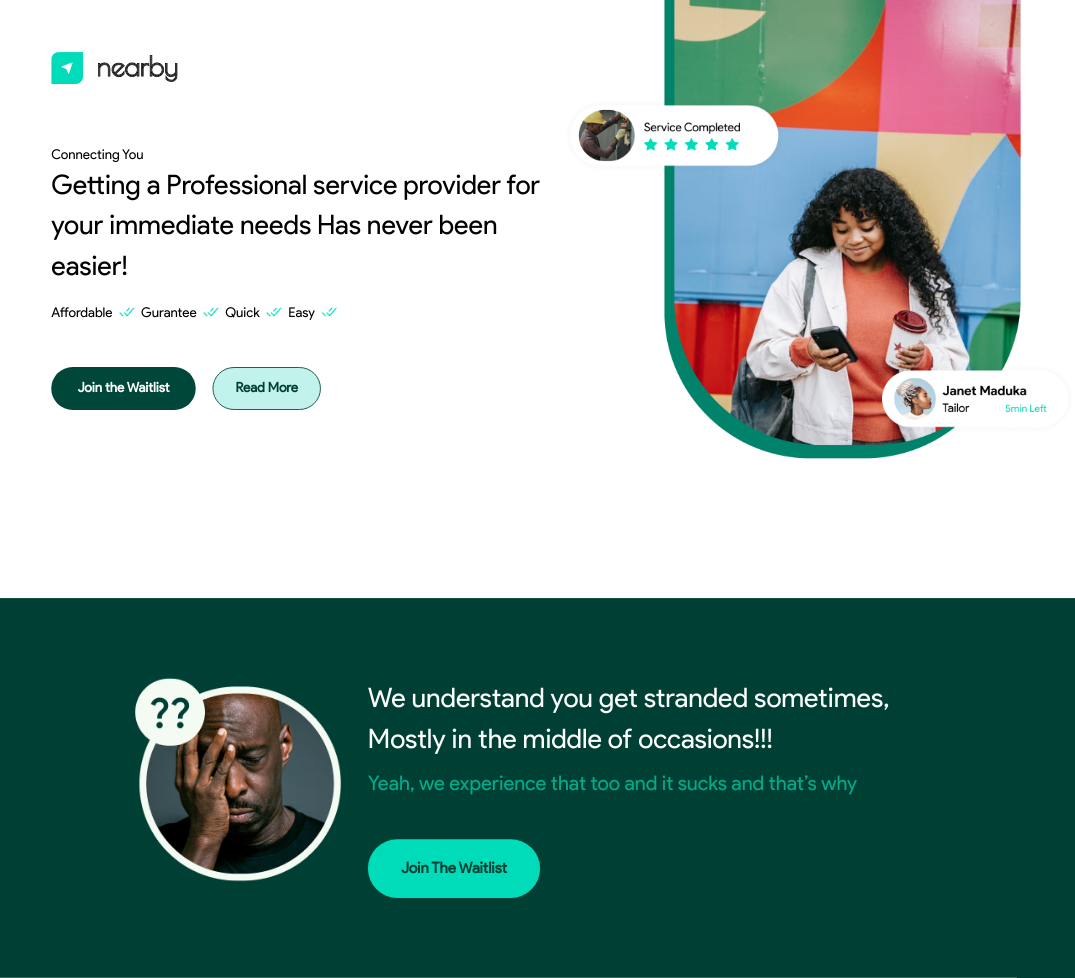
Repository: Eugene44-hub/Mearby
Page: /
An editor plug-in stored every save of this project. The page is shown before and after the next save, followed by the edit.
The browser window is 1280 px wide. The pictures show the whole page, at 84% of full size.
The project was rebuilt for these pictures with package versions that can differ from the ones it lists, and the page was loaded fresh each time.

Above is the page before, as saved 2022-04-30 07:41:03.

### src/App.tsx
import React from 'react';
import Hero from './components/hero/Hero';
import Nav from './components/nav/Nav';
import LandingPage from './pages/landing/LandingPage';

function App() {
  return (
   <>
<Nav/>
<LandingPage/>
</>

);
}

export default App;

### src/components/nav/Nav.tsx
import React from 'react';
import send from '../../assets/images/send.svg';
import nearby from '../../assets/images/nearby logo.svg';
import styles from "./Nav.module.css"
const Nav = () => {
	return (
		<nav className={`md:h-auto h-[96.57px] ${styles.nav} flex`}>
			<header className="m-auto block md:hidden">
				<div className="flex justify-center">
					<img
						src={send}
						className="bg-[#00DCBA] mr-[16.79px] p-3 rounded-tl-[8.91471px] rounded-br-[8.91471px]"
						alt="send"
					/>
					<img src={nearby} alt="send" />
				</div>
			</header>
		</nav>
	);
};

export default Nav;

### src/pages/landing/LandingPage.tsx
import React from 'react'
import Hero from '../../components/hero/Hero';
import Understand from '../../components/understand/Understand';
const LandingPage = () => {
  return (
    <>

    <Hero/>
    <Understand/>
    </>
  )
}

export default LandingPage

### src/components/nav/Nav.module.css
@media screen and (max-width:768px) {
    .nav{
/* display: none; */
/* bg-[#014034] */
background-color:#014034;
}
}

### src/components/hero/Hero.tsx
import React from 'react';
import styles from './Hero.module.css';
import checked from '../../assets/images/checked.png';
import heroImg from '../../assets/images/heroImg.png';
import send from '../../assets/images/send.svg';
import nearby from '../../assets/images/nearbyDark.svg';

const Hero = () => {
	const minorText: string[] = [ 'affordable', 'gurantee', 'quick', 'easy' ];
	return (
		<section className="container md:pl-[61px]">
			<div className={`${styles.container} md:flex justify-between`}>
				<div className={`${styles.heroContainer} mb-[3rem] flex flex-wrap md:w-[50%]`}>
					<div className="md:flex w-[20%] hidden mt-[62px] items-center">
						<img
							src={send}
							className="bg-[#00DCBA] w-[100%] mr-[16.79px] p-3 rounded-tl-[8.91471px] rounded-br-[8.91471px]"
							alt="send"
						/>
						<img src={nearby} alt="send" />
					</div>

					<div className="m-auto">
						<h2 className={` ${styles.connectHead} flex items-end md:h-[95.5px]`}>Connecting You</h2>
						<p className={`text-[2rem] ${styles.connectText}`}>
							Getting a Professional service provider for your immediate needs Has never been easier!
						</p>
					</div>

					<ul className={`${styles.connectList} mt-5 flex justify-between `}>
						{minorText.map((item, index) => (
							<li key={index} className="flex items-center capitalize mr-2">
								{item} <img src={checked} className="w-[18px] ml-2" alt="checked" />
							</li>
						))}
					</ul>

					<div className="w-[100%] md:pt-[53px] md:px-0 p-5">
						<button className="bg-[#004639] font-bold w-[172px] h-[51px] text-white mr-5 rounded-[50px]">
							Join the Waitlist
						</button>
						<button className="bg-[#C1F2EB] font-bold w-[129px] h-[51px] rounded-[50px] text-[#004034] border border-[#004034] capitalize">
							read more
						</button>
					</div>
				</div>
				<div className="md:w-[50%]">
					<img src={heroImg} className={styles.heroImg} alt="" />
				</div>
			</div>
		</section>
	);
};

export default Hero;
// wKcVoY0oBaK0dDUj5
// yX2Q8nskPsN4AjVkAPMBM

### src/components/understand/Understand.tsx
import React from 'react'
import understand from "../../assets/images/understand.png"
import WaitLight from "../../components/Buttons/WaitLight"
const Understand = () => {
  return (
    <div className='bg-[#004034] mt-[9.75rem]'>
 <div className='container  md:px-0 px-5 pt-[9.75rem] md:py-[5.938rem] md:pl-[61px] md:pr-[27px] md:flex justify-center  relative mt-[20rem]'>

<img src={understand} className=" absolute block md:hidden translate-x-[-50%] left-[50%] top-[-20%]" alt="understand" />
<div className='md:block hidden mr-[2rem]'>
<img src={understand} className=" w-[100%]"alt="understand" />

</div>

<div className='md:w-[60%] md:mx-0 mx-auto '>
<div>
<p className='text-[2rem] text-white'>
We understand you get stranded sometimes, Mostly in the middle of occasions!!!
</p>
<p className='mt-3 text-[1.5rem] text-[#01AB8B] '>
Yeah, we experience that too and it sucks and that’s why  </p>
</div>

<div className='pt-[3rem]'>
<WaitLight/>
</div>

</div>



  </div>
    </div>

  )
}

export default Understand

### src/components/hero/Hero.module.css
.container{
height: 812px;
background-image: url(../../assets/images/mobileHero.png);
background-repeat: no-repeat;
background-position: center;
background-size: 133% 100%;
}


.heroImg{
    display: none;
    width: 100%;
}
.heroContainer{
    /* background-color: black; */
    color: white;

}
.connectHead,.connectText,.connectList{
    padding: 20px;

}
@media screen and (min-width:600px) {
    .container{
    background-image:none;
    height: auto;
}
.connectHead{
    background-color: none;
}
.heroImg{
    display: block;
}
.connectHead{
    background-color: none;
}
.heroContainer{
    /* background-color: black; */
    color: black ;
}

}

@media screen and (min-width:768px) {
    .connectHead,.connectText,.connectList{
        padding: 0px;
    }

}


@media screen and (max-width:600px){
.connectHead{
    background-color: #004034;
}

}
/* .minorTxt{
} */
/* linear-gradient(rgba(0, 64, 52, 1), rgba(0, 57, 64, 0)) */
/* linear-gradient(rgba(0, 64, 52, 1),rgba(0, 64, 52, 1)) */

### src/components/Buttons/WaitLight.tsx
import React from 'react'
import styles from "./Button.module.css"

const Wait = () => {
  return (
    <button className={`${styles.light} capitalize`}>Join the waitlist</button>

  )
}

export default Wait

### src/components/Buttons/Button.module.css
    .light {
        background-color: #00DCBA;
        color: #004034;
        width: 205px;
        font-size: 1.125rem;
    }

    .dark {
        background-color: #004639;
        color: #004034;
        font-size: "1rem";
        width: 192px;
    }

    .light,
    .dark {
        height: 70px;
        border-radius: 50px;
        font-weight: bold;
    }

Loaded but not shown: public/index.html (common file); src/index.tsx (common file); src/index.css (common file); tailwind.config.js (common file)

After the next save:
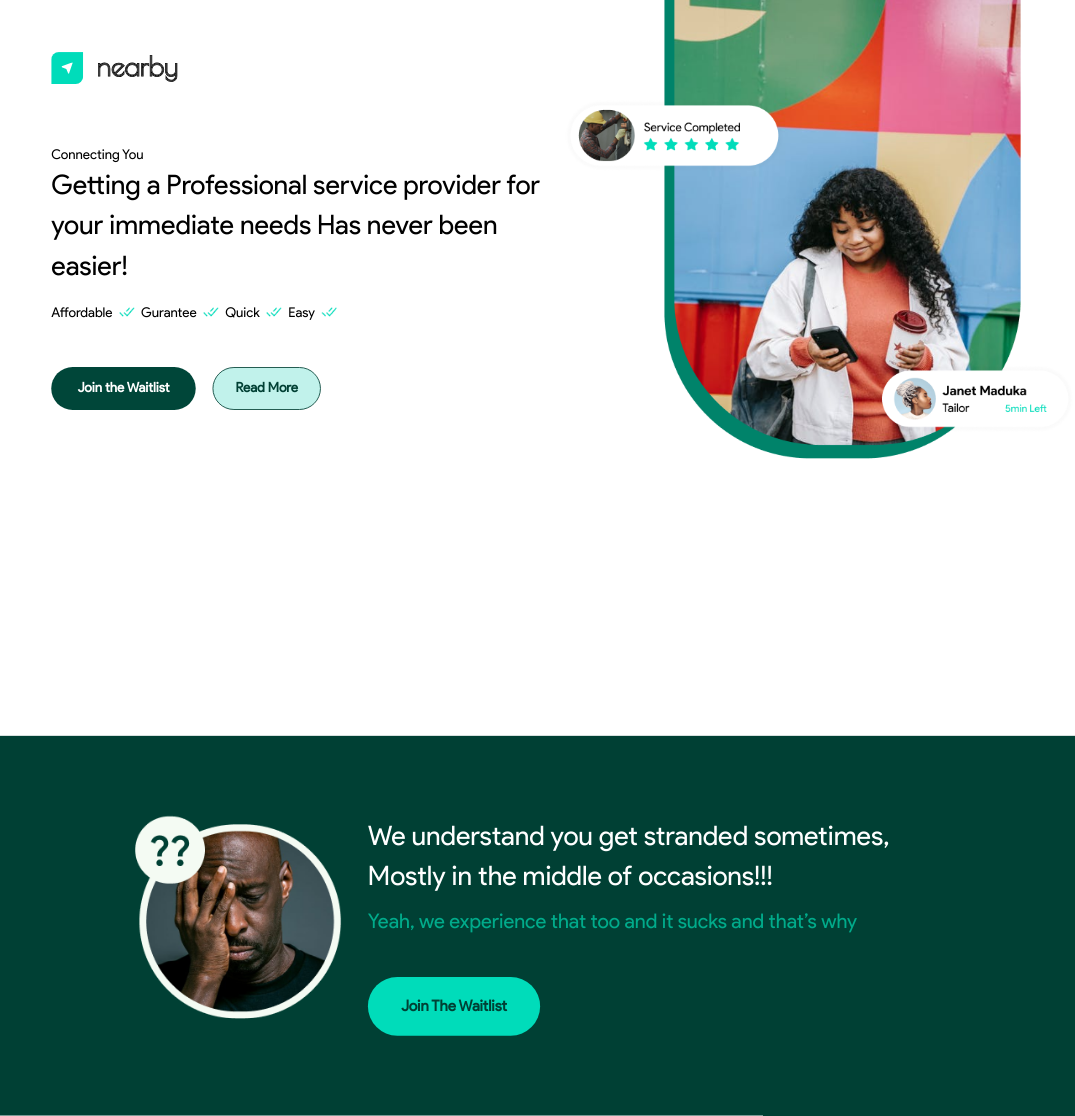
Saved 46 s later.
--- a/src/components/understand/Understand.tsx
+++ b/src/components/understand/Understand.tsx
@@ -3,7 +3,7 @@ import understand from "../../assets/images/understand.png"
 import WaitLight from "../../components/Buttons/WaitLight"
 const Understand = () => {
   return (
-    <div className='bg-[#004034] mt-[9.75rem]'>
+    <div className='bg-[#004034] mt-[20rem]'>
  <div className='container  md:px-0 px-5 pt-[9.75rem] md:py-[5.938rem] md:pl-[61px] md:pr-[27px] md:flex justify-center  relative mt-[20rem]'>
 
 <img src={understand} className=" absolute block md:hidden translate-x-[-50%] left-[50%] top-[-20%]" alt="understand" />
